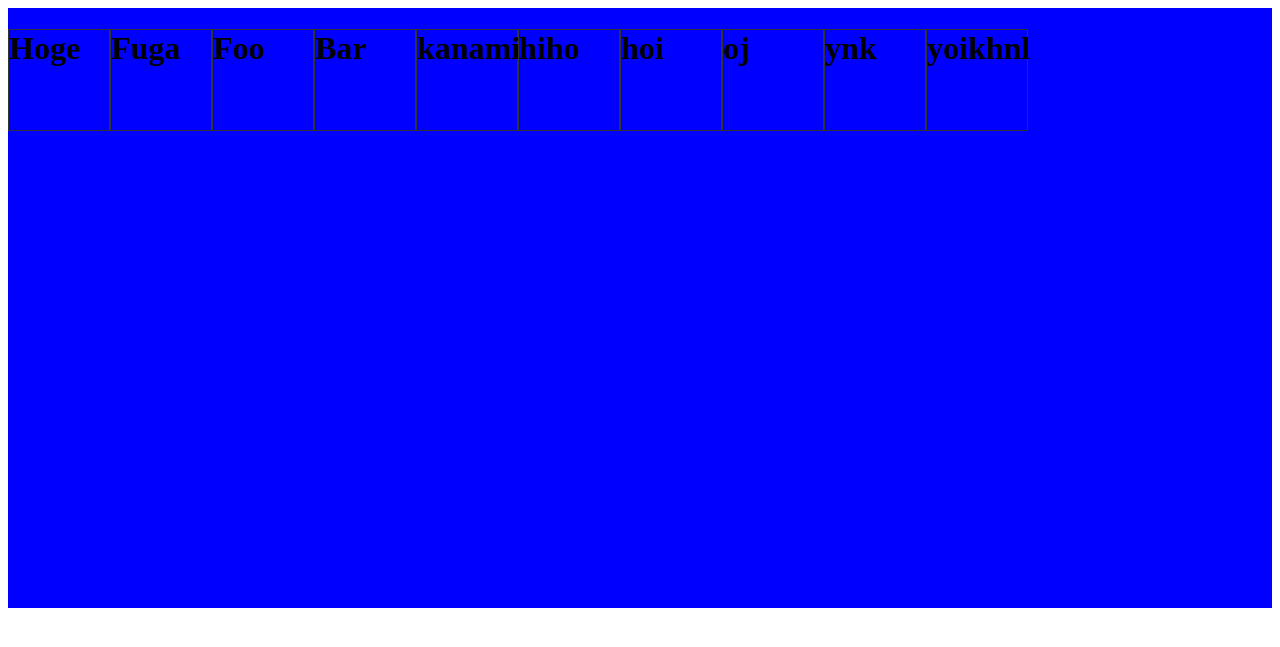
Repository: kanami0019/samurai_HTML-CSS
Page: Untitled1.html
The author's editor kept a record of every edit. The page is drawn from the files as they stood at one moment, then again after the next edit.
The browser window is 1280 px wide. The pictures show the whole page.

Above is the page before.

After the next edit:
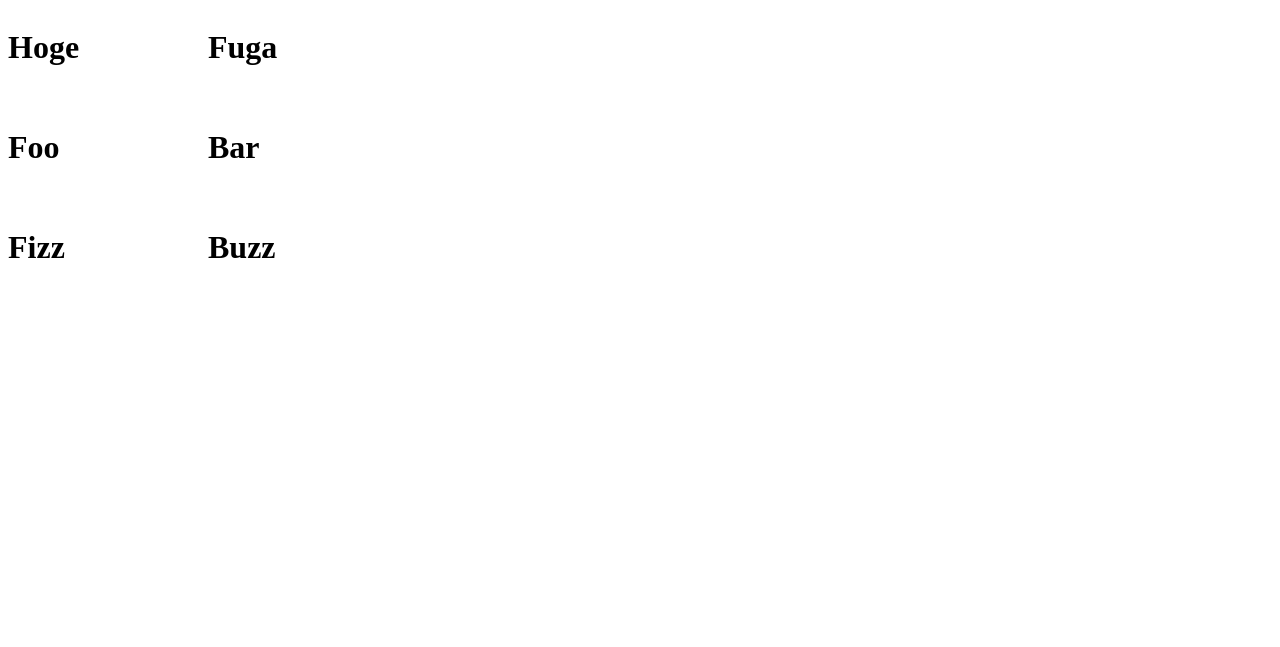
The edit:
--- a/Untitled1.html
+++ b/Untitled1.html
@@ -1,31 +1,21 @@
-<body>
-    <div id="stretch">
-        <h1>Hoge</h1>
-        <h1>Fuga</h1>
-        <h1>Foo</h1>
-        <h1>Bar</h1>
-        <h1>kanami</h1>
-        <h1>hiho</h1>
-        <h1>hoi</h1>
-        <h1>oj</h1>
-        <h1>ynk</h1>
-        <h1>yoikhnl</h1>
-
-    </div>
-</body>
-<style>
-    #stretch {
-        height: 600px;
-        width: 100%;
-        display: flex;
-        flex-wrap: wrap;
-        /*align-items:flex-start;*/
-        align-content:flex-start;
-        background-color: blue;
-    }
-    h1 {
-        width: 100px;
-        height: 100px;
-        border: 1px solid #333;
-    }
-</style>
+<html lang="ja">
+    <head>
+        <style>
+            #grid {
+                display: grid;
+                grid-template-columns: 200px 100px;
+                grid-template-rows: 100px 100px 100px;
+            }
+        </style>
+    </head>
+    <body>
+        <div id="grid">
+            <h1>Hoge</h1>
+            <h1>Fuga</h1>
+            <h1>Foo</h1>
+            <h1>Bar</h1>
+            <h1>Fizz</h1>
+            <h1>Buzz</h1>
+        </div>
+    </body>
+</html>
